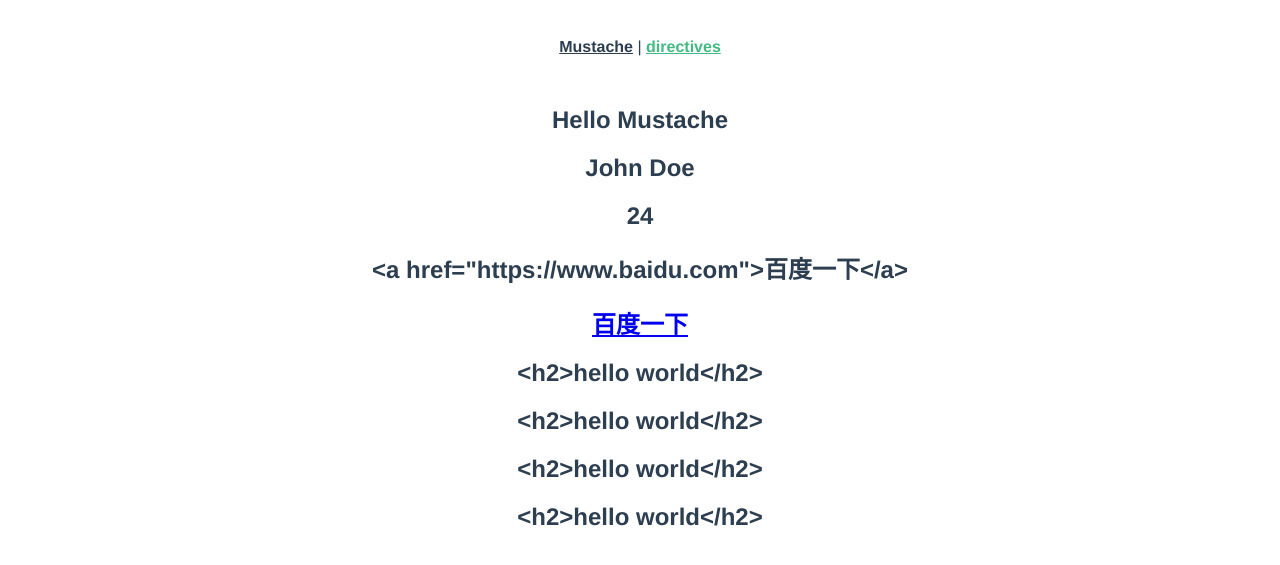
Repository: yeyanghui0616/my-vue2-learning
Page: /directives
The author's editor kept a copy of each file at every save. The page is drawn from the files as they stood at one save, then again after a run of saves.
The browser window is 1280 px wide. The pictures show the whole page.
The project was rebuilt for these pictures with package versions that can differ from the ones it lists, and the page was loaded fresh each time. Also part of the build but not shown: src/views/Mustache.vue.

Above is the page before, as saved 2023-08-30 21:21:00.

After the next 6 saves:
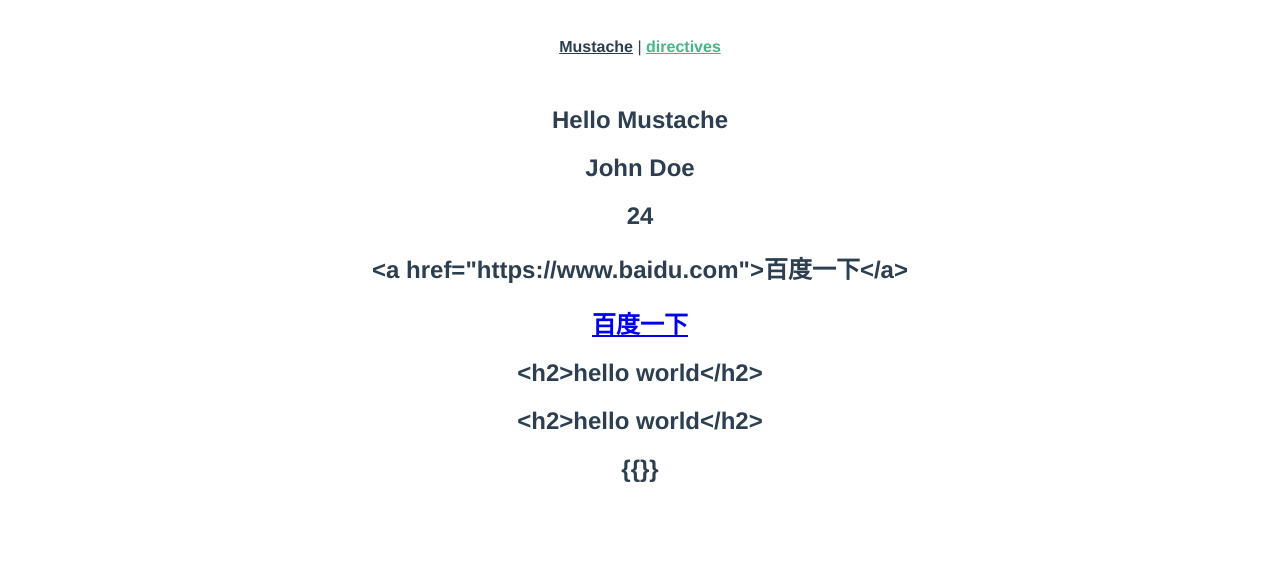
The 6 saves are shown as one change because they came seconds apart.
The last was saved 18 s later.
--- a/src/views/directives.vue
+++ b/src/views/directives.vue
@@ -11,8 +11,8 @@
 		<h2>{{ message }}</h2>
 		<h2 v-text="message"></h2>
 		<!-- TODO v-pre -->
-		<h2>{{ message }}</h2>
-		<h2 v-text="message"></h2>
+		<h2>{{ pre }}</h2>
+		<h2 v-pre="pre"></h2>
 	</div>
 </template>
 
@@ -26,6 +26,7 @@ export default {
 			counter: 12,
 			link: '<a href="https://www.baidu.com">百度一下</a>',
 			message: "<h2>hello world</h2>",
+      pre: "{{}}"
 		};
 	},
 
